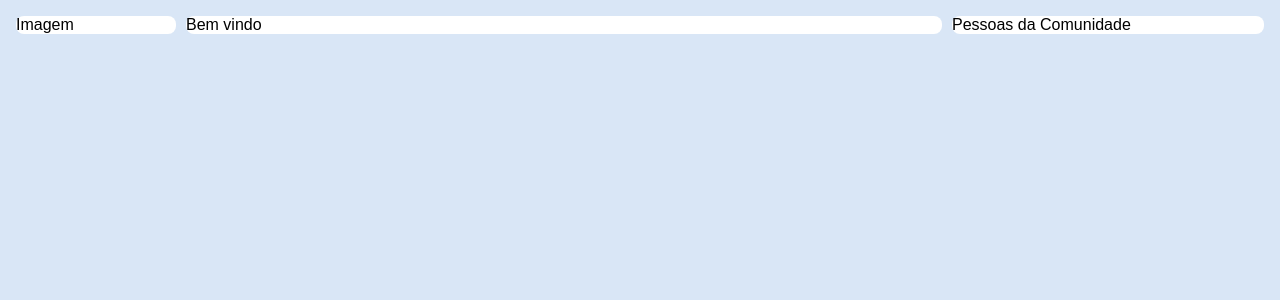
Repository: jminervino/alurakut
Page: /
An editor plug-in stored every save of this project. The page is shown before and after the next save, followed by the edit.
The browser window is 1280 px wide. The pictures show the whole page.
The project was rebuilt for these pictures with package versions that can differ from the ones it lists, and the page was loaded fresh each time. The framework's server and built-in components were replaced by stand-ins that run in the browser. Also part of the build but not shown: next.config.js.

Above is the page before, as saved 2022-03-24 10:40:48.

After the next save:
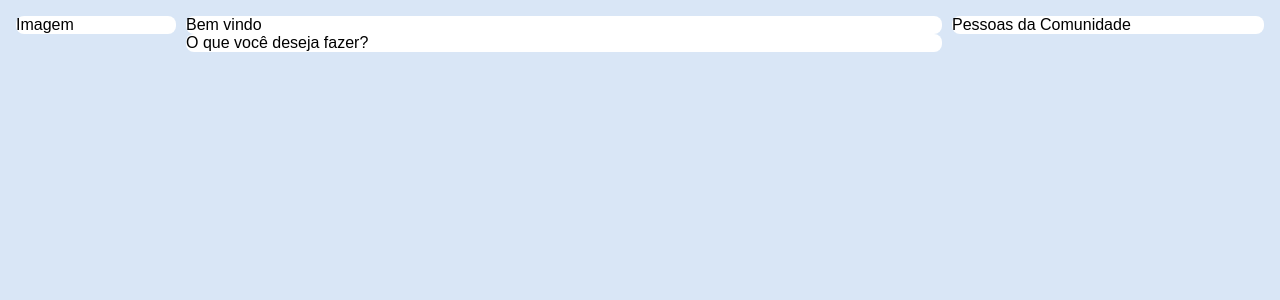
Saved 4 min 7 s later.
--- a/pages/index.js
+++ b/pages/index.js
@@ -35,6 +35,9 @@ export default function Home() {
         <Box>
           Bem vindo
         </Box>
+        <Box>
+          O que você deseja fazer?
+        </Box>
       </div>
       <div style={{ gridArea: 'profileRelationsArea' }}>
         <Box>
